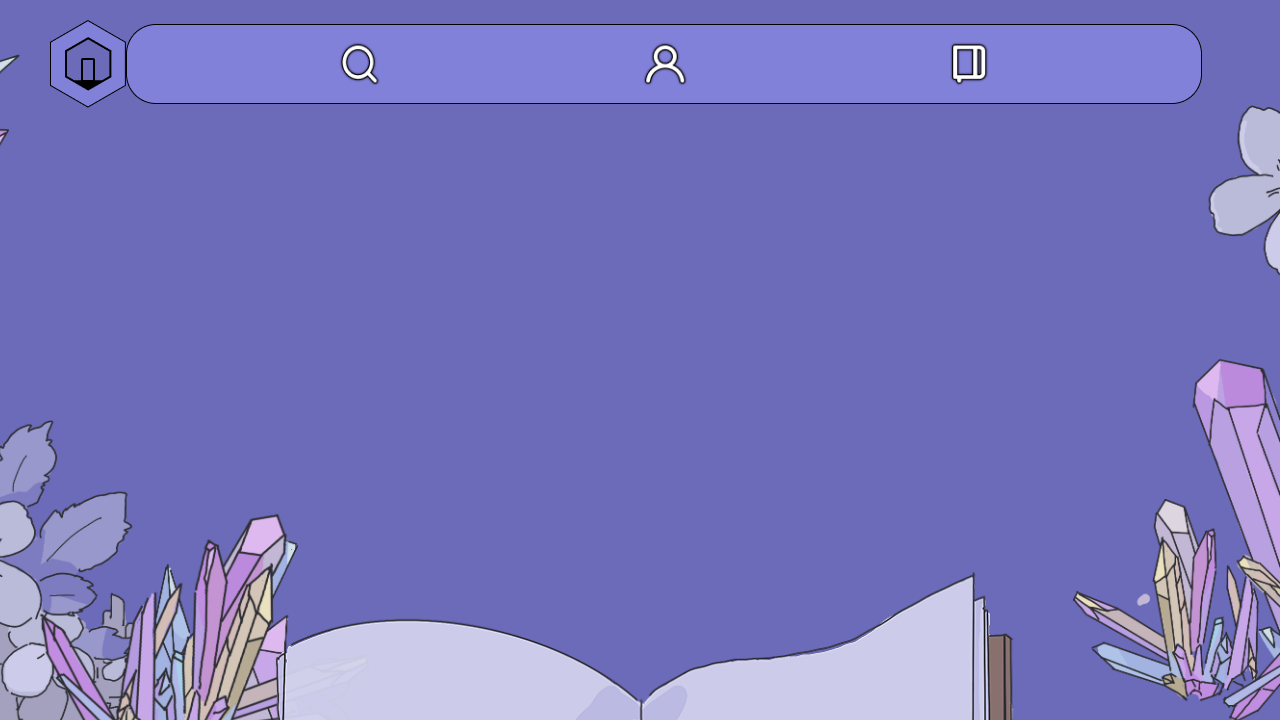
Repository: carolmmc/BabelLibrary
Page: find first.html
These files come from the project's save history. The page is drawn as it stood at one moment and after the next save; the edit follows.
The browser window is 1280 px wide. The pictures show the whole page.

Above is the page before, as saved 2025-05-08 23:10:59.

After the next save:
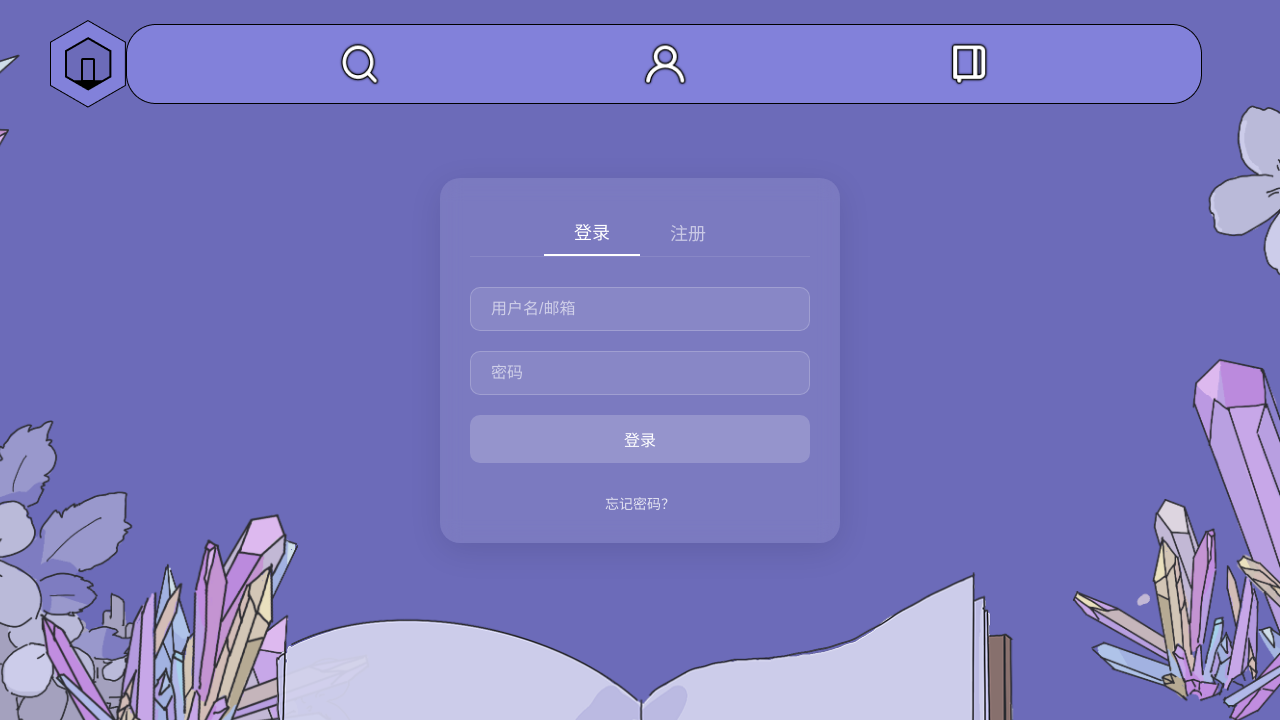
Saved 11 h 26 min later.
--- a/find first.html
+++ b/find first.html
@@ -97,6 +97,97 @@
             align-items: center;
             height: 100vh;
         }
+
+        .auth-container {
+            background: rgba(255, 255, 255, 0.1);
+            backdrop-filter: blur(10px);
+            padding: 30px;
+            border-radius: 20px;
+            width: 400px;
+            box-shadow: 0 8px 32px rgba(0, 0, 0, 0.1);
+            z-index: 3;
+        }
+
+        .auth-tabs {
+            display: flex;
+            justify-content: center;
+            margin-bottom: 30px;
+            border-bottom: 1px solid rgba(255, 255, 255, 0.1);
+        }
+
+        .tab-btn {
+            background: none;
+            border: none;
+            color: white;
+            font-size: 18px;
+            padding: 10px 30px;
+            cursor: pointer;
+            opacity: 0.6;
+            transition: all 0.3s ease;
+        }
+
+        .tab-btn.active {
+            opacity: 1;
+            border-bottom: 2px solid white;
+        }
+
+        .auth-form {
+            display: flex;
+            flex-direction: column;
+            gap: 20px;
+        }
+
+        .auth-input {
+            background: rgba(255, 255, 255, 0.1);
+            border: 1px solid rgba(255, 255, 255, 0.2);
+            border-radius: 10px;
+            padding: 12px 20px;
+            color: white;
+            font-size: 16px;
+            transition: all 0.3s ease;
+        }
+
+        .auth-input:focus {
+            outline: none;
+            border-color: rgba(255, 255, 255, 0.5);
+            background: rgba(255, 255, 255, 0.15);
+        }
+
+        .auth-input::placeholder {
+            color: rgba(255, 255, 255, 0.6);
+        }
+
+        .auth-submit {
+            background: rgba(255, 255, 255, 0.2);
+            border: none;
+            border-radius: 10px;
+            padding: 12px;
+            color: white;
+            font-size: 16px;
+            cursor: pointer;
+            transition: all 0.3s ease;
+        }
+
+        .auth-submit:hover {
+            background: rgba(255, 255, 255, 0.3);
+            transform: translateY(-2px);
+        }
+
+        .auth-links {
+            text-align: center;
+            margin-top: 10px;
+        }
+
+        .forgot-password {
+            color: rgba(255, 255, 255, 0.8);
+            text-decoration: none;
+            font-size: 14px;
+        }
+
+        .forgot-password:hover {
+            text-decoration: underline;
+        }
+
         /* 底部装饰图样式 */
         .bottom-decoration {
             position: fixed;
@@ -152,8 +243,63 @@
             </div>
         </div>
         <div style="width: 150px;"></div>
+    </header>
+    <div class="content-center">
+        <div class="auth-container">
+            <div class="auth-tabs">
+                <button class="tab-btn active" onclick="switchTab('login')">登录</button>
+                <button class="tab-btn" onclick="switchTab('register')">注册</button>
+            </div>
+
+            <!-- 登录表单 -->
+            <form id="loginForm" class="auth-form">
+                <input type="text" class="auth-input" placeholder="用户名/邮箱" required>
+                <input type="password" class="auth-input" placeholder="密码" required>
+                <button type="submit" class="auth-submit">登录</button>
+                <div class="auth-links">
+                    <a href="#" class="forgot-password">忘记密码？</a>
+                </div>
+            </form>
+
+            <!-- 注册表单 -->
+            <form id="registerForm" class="auth-form" style="display: none;">
+                <input type="email" class="auth-input" placeholder="邮箱" required>
+                <input type="text" class="auth-input" placeholder="用户名" required>
+                <input type="password" class="auth-input" placeholder="密码" required>
+                <input type="password" class="auth-input" placeholder="确认密码" required>
+                <button type="submit" class="auth-submit">注册</button>
+            </form>
+        </div>
     </div>
     <div class="bottom-decoration"></div>
     <div class="decoration-frame2"></div>
+    <script>
+        function switchTab(tab) {
+            const loginForm = document.getElementById('loginForm');
+            const registerForm = document.getElementById('registerForm');
+            const tabs = document.querySelectorAll('.tab-btn');
+
+            if (tab === 'login') {
+                loginForm.style.display = 'flex';
+                registerForm.style.display = 'none';
+                tabs[0].classList.add('active');
+                tabs[1].classList.remove('active');
+            } else {
+                loginForm.style.display = 'none';
+                registerForm.style.display = 'flex';
+                tabs[0].classList.remove('active');
+                tabs[1].classList.add('active');
+            }
+        }
+
+        // 表单提交处理
+        document.querySelectorAll('.auth-form').forEach(form => {
+            form.addEventListener('submit', (e) => {
+                e.preventDefault();
+                const formData = new FormData(form);
+                console.log('表单提交:', Object.fromEntries(formData));
+            });
+        });
+    </script>
 </body>
 </html>

After the save that followed:
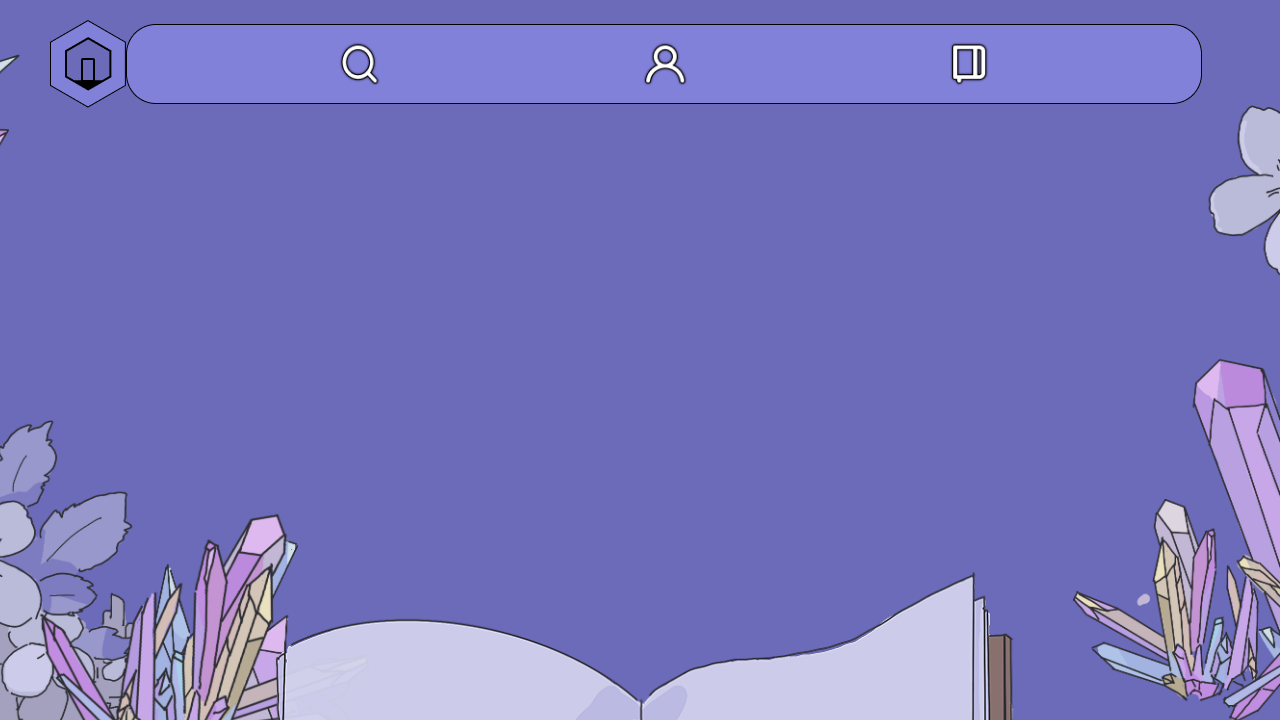
Saved 28 s later.
--- a/find first.html
+++ b/find first.html
@@ -97,97 +97,6 @@
             align-items: center;
             height: 100vh;
         }
-
-        .auth-container {
-            background: rgba(255, 255, 255, 0.1);
-            backdrop-filter: blur(10px);
-            padding: 30px;
-            border-radius: 20px;
-            width: 400px;
-            box-shadow: 0 8px 32px rgba(0, 0, 0, 0.1);
-            z-index: 3;
-        }
-
-        .auth-tabs {
-            display: flex;
-            justify-content: center;
-            margin-bottom: 30px;
-            border-bottom: 1px solid rgba(255, 255, 255, 0.1);
-        }
-
-        .tab-btn {
-            background: none;
-            border: none;
-            color: white;
-            font-size: 18px;
-            padding: 10px 30px;
-            cursor: pointer;
-            opacity: 0.6;
-            transition: all 0.3s ease;
-        }
-
-        .tab-btn.active {
-            opacity: 1;
-            border-bottom: 2px solid white;
-        }
-
-        .auth-form {
-            display: flex;
-            flex-direction: column;
-            gap: 20px;
-        }
-
-        .auth-input {
-            background: rgba(255, 255, 255, 0.1);
-            border: 1px solid rgba(255, 255, 255, 0.2);
-            border-radius: 10px;
-            padding: 12px 20px;
-            color: white;
-            font-size: 16px;
-            transition: all 0.3s ease;
-        }
-
-        .auth-input:focus {
-            outline: none;
-            border-color: rgba(255, 255, 255, 0.5);
-            background: rgba(255, 255, 255, 0.15);
-        }
-
-        .auth-input::placeholder {
-            color: rgba(255, 255, 255, 0.6);
-        }
-
-        .auth-submit {
-            background: rgba(255, 255, 255, 0.2);
-            border: none;
-            border-radius: 10px;
-            padding: 12px;
-            color: white;
-            font-size: 16px;
-            cursor: pointer;
-            transition: all 0.3s ease;
-        }
-
-        .auth-submit:hover {
-            background: rgba(255, 255, 255, 0.3);
-            transform: translateY(-2px);
-        }
-
-        .auth-links {
-            text-align: center;
-            margin-top: 10px;
-        }
-
-        .forgot-password {
-            color: rgba(255, 255, 255, 0.8);
-            text-decoration: none;
-            font-size: 14px;
-        }
-
-        .forgot-password:hover {
-            text-decoration: underline;
-        }
-
         /* 底部装饰图样式 */
         .bottom-decoration {
             position: fixed;
@@ -243,63 +152,8 @@
             </div>
         </div>
         <div style="width: 150px;"></div>
-    </header>
-    <div class="content-center">
-        <div class="auth-container">
-            <div class="auth-tabs">
-                <button class="tab-btn active" onclick="switchTab('login')">登录</button>
-                <button class="tab-btn" onclick="switchTab('register')">注册</button>
-            </div>
-
-            <!-- 登录表单 -->
-            <form id="loginForm" class="auth-form">
-                <input type="text" class="auth-input" placeholder="用户名/邮箱" required>
-                <input type="password" class="auth-input" placeholder="密码" required>
-                <button type="submit" class="auth-submit">登录</button>
-                <div class="auth-links">
-                    <a href="#" class="forgot-password">忘记密码？</a>
-                </div>
-            </form>
-
-            <!-- 注册表单 -->
-            <form id="registerForm" class="auth-form" style="display: none;">
-                <input type="email" class="auth-input" placeholder="邮箱" required>
-                <input type="text" class="auth-input" placeholder="用户名" required>
-                <input type="password" class="auth-input" placeholder="密码" required>
-                <input type="password" class="auth-input" placeholder="确认密码" required>
-                <button type="submit" class="auth-submit">注册</button>
-            </form>
-        </div>
     </div>
     <div class="bottom-decoration"></div>
     <div class="decoration-frame2"></div>
-    <script>
-        function switchTab(tab) {
-            const loginForm = document.getElementById('loginForm');
-            const registerForm = document.getElementById('registerForm');
-            const tabs = document.querySelectorAll('.tab-btn');
-
-            if (tab === 'login') {
-                loginForm.style.display = 'flex';
-                registerForm.style.display = 'none';
-                tabs[0].classList.add('active');
-                tabs[1].classList.remove('active');
-            } else {
-                loginForm.style.display = 'none';
-                registerForm.style.display = 'flex';
-                tabs[0].classList.remove('active');
-                tabs[1].classList.add('active');
-            }
-        }
-
-        // 表单提交处理
-        document.querySelectorAll('.auth-form').forEach(form => {
-            form.addEventListener('submit', (e) => {
-                e.preventDefault();
-                const formData = new FormData(form);
-                console.log('表单提交:', Object.fromEntries(formData));
-            });
-        });
-    </script>
 </body>
 </html>
